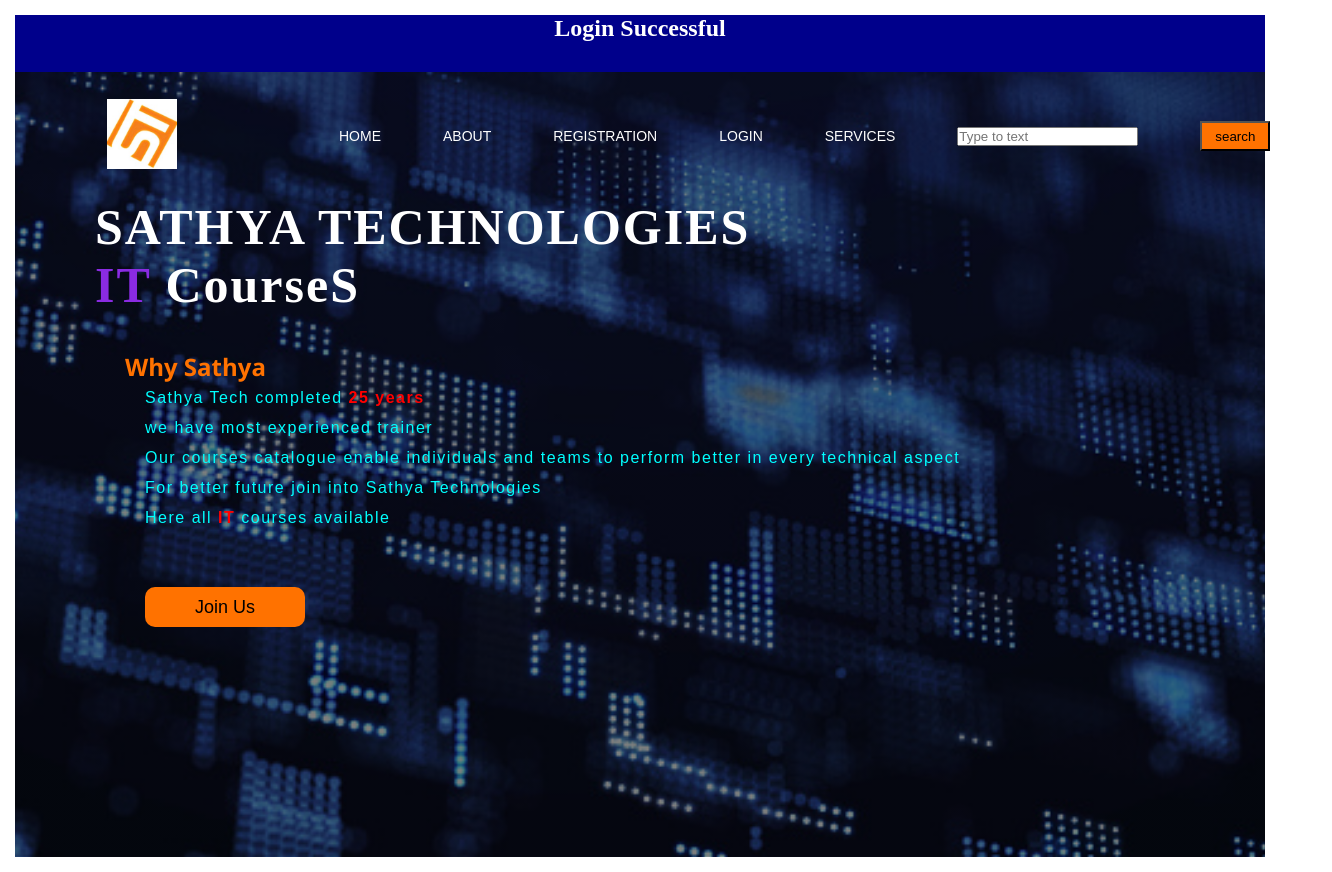
Repository: sainath0323/Website-design-using-J2EE
Page: http://localhost/AdvanceJavaApplication/loginsuccess.jsp
An editor plug-in stored every save of this project. The page is shown before and after the next save, followed by the edit.
The browser window is 1280 px wide. The page is 1332 px wide, then 1317 px, so the pictures cover 1332 px, including what lies to the right of the window. The pictures show the whole page.
The page is served by Tomcat 9. Other server files are loaded and not shown.

Above is the page before, as saved 2023-04-26 08:24:03.

### AdvanceJavaApplication/src/main/webapp/loginsuccess.jsp
<%@ page language="java" contentType="text/html"%>
<!DOCTYPE html>
<html>
<head>
</head>
<body>
<div style="background-color: darkblue; margin: 15px ">
<h2 style="text-align: center;  color: white" >Login Successful</h2>
<jsp:include page="index.html"></jsp:include>
</div>
</body>
</html>

### AdvanceJavaApplication/src/main/webapp/index.html
<!DOCTYPE html>
<html lang="en">
<head>

<title>sathya technologies</title>
<link rel="stylesheet" href="index.css">
</head>
<body>
	<div class="main">
		<div class="navbar">

			<div class="menu">
				<ul>
					<li><img src="logo.jpeg" alt="sathya"></li>
					<li><a href="#">HOME</a></li>
					<li><a href="">ABOUT</a></li>
					<li><a href="Registration.html">REGISTRATION</a></li>
					<li><a href="login.html">LOGIN</a></li>
					<li><a href="#">SERVICES</a></li>
					<li><input type="search" name="" placeholder="Type to text"></li>
					<li><a href="#"><button class="btn">search</button></a></li>
					<li></li>

				</ul>
			</div>
			<br>

			<div class="content">
				<h1>
					SATHYA TECHNOLOGIES<br> <span style="color: blueviolet;">IT</span>
					CourseS
				</h1>
				<br> <br>
				<h2>Why Sathya</h2>
				<p>
					Sathya Tech completed <b style="color: red;">25 years</b> <br>we
					have most experienced trainer <br> Our courses catalogue
					enable individuals and teams to perform better in every technical
					aspect <br>For better future join into Sathya Technologies <br>
					Here all <b style="color: red;">IT</b> courses available
				</p>
				<br> <br> <br>
				<a href="#"><button class="cn">Join Us</button></a>
			</div>

		</div>
	</div>
</body>
</html>

### AdvanceJavaApplication/src/main/webapp/index.css
*{
    margin: 0;
    padding: 0;
}

.main{
    width: 100%;
    background:linear-gradient(to top,rgba(0,0,0,0.5)50%,rgba(0,0,0,0.5)50%),url(websiteimage.jpg)50%;
    background-position: center;
    background-size: cover;
    height: 109vh;
}

.navbar{
    width: 1200px;
    height: 20px;
    margin: 30px;
}


.menu{
width: 400px;
float: left;
height: 70px;
}

ul{
    float: left;
    display: flex;
    justify-content: center;
    align-items: center;
}
ul li{
    list-style: none;
    margin-left: 62px;
    margin-top: 27px;
    font-size: 14px;

}
ul li img{
    height: 70px;
    margin-top: 0%;
    padding-right:100px;
    padding: left 5px;;
}
ul li a{
    text-decoration: none;
    color: #fff;
    font-family: Arial;
    transition: 0.4s ease-in-out;

}
ul li a .btn{
    background-color:#ff7200;
    height: 30px;
    width: 70px;
}

ul li a:hover{
    color: orange;
}
.content{
    width: 1200px;
    height: auto;
    margin: auto;
    color: #fff;
    position: relative;

}
.content p{
    color: aqua;
    padding-left:100px;
    font-family: Arial;
    letter-spacing: 1.5px;
    line-height: 30px;

}
.content h1{
    font-family: 'Times New Roman';
    font-size: 50px;
    padding-left: 50px;
    margin-top: 9%;
    letter-spacing: 2px;
}
.content h2{
    padding-left:  80px;
 color: #ff7200;
 font-family:'Segoe UI', Tahoma, Geneva, Verdana, sans-serif ;

}
.content .cn{
    width: 160px;
    height: 40px;
    background:#ff7200;
    border: none;
    margin-bottom: 10px;
    margin-left: 100px;
    font-size: 18px;
    border-radius: 10px;
    cursor: pointer;

}
.conntent.cn a{
    text-decoration: none;
    color: #000;
    transition: .3s ease;
}
.cn:hover{
    background-color: #fff;
}
.conntent span{
    color: #ff7200;
    font-size: 60px;

}
.main2{
    width: 100%;
    background:linear-gradient(to top,rgba(0,0,0,0.5)50%,rgba(0,0,0,0.5)50%),url(logo.jpeg)50%;
    background-position: center;
    background-size: cover;
    height: 109vh;
}
.navbar{
    width: 1200px;
    height: 20px;
    margin: 30px;
}

After the next save:
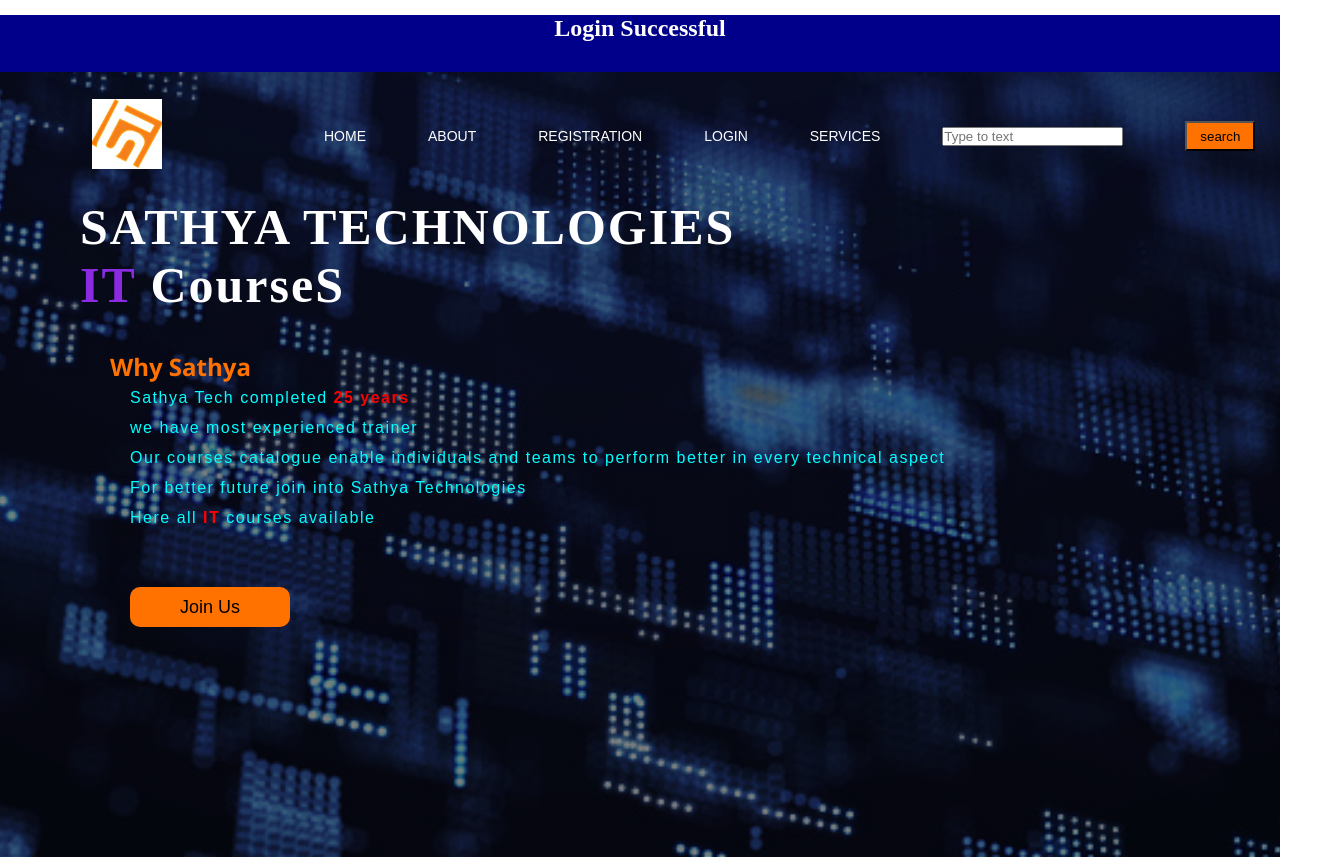
Saved 25 s later.
--- a/AdvanceJavaApplication/src/main/webapp/loginsuccess.jsp
+++ b/AdvanceJavaApplication/src/main/webapp/loginsuccess.jsp
@@ -4,8 +4,8 @@
 <head>
 </head>
 <body>
-<div style="background-color: darkblue; margin: 15px ">
-<h2 style="text-align: center;  color: white" >Login Successful</h2>
+<div style="background-color: darkblue; ">
+<h2 style="text-align: center;  color: white; margin: 15px " >Login Successful</h2>
 <jsp:include page="index.html"></jsp:include>
 </div>
 </body>
